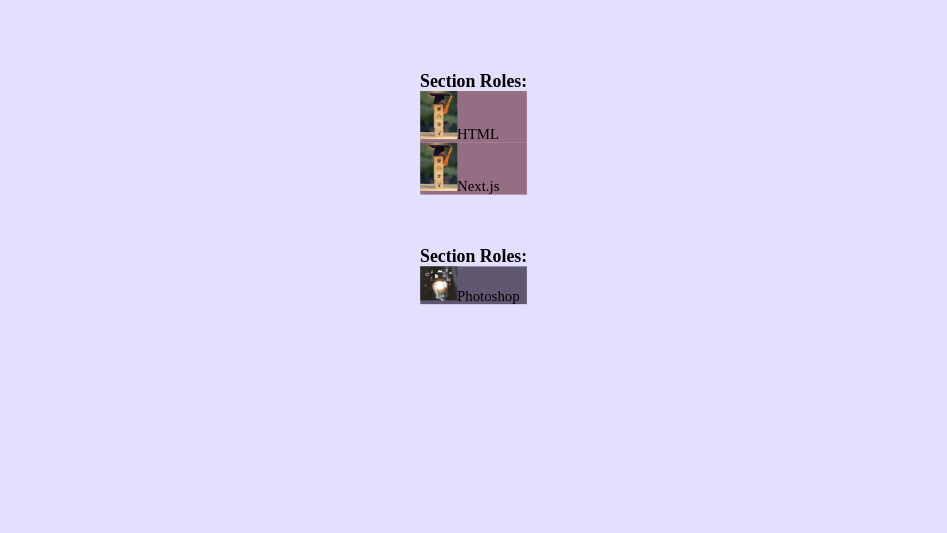
Repository: anikagrewal/week3example
Page: /about
The author's editor kept a copy of each file at every save. The page is drawn from the files as they stood at one save, then again after the next save.
The browser window is 1280 px wide. The pictures show the whole page, at 74% of full size.
The project was rebuilt for these pictures with package versions that can differ from the ones it lists, and the page was loaded fresh each time. The framework's server and built-in components were replaced by stand-ins that run in the browser. Also part of the build but not shown: next.config.js.

Above is the page before, as saved 2023-01-23 09:41:16.

### pages/about.js
import Head from 'next/head'
import Image from 'next/image'
import { Inter } from '@next/font/google'
import styles from '@/styles/About.module.css'
import data from '../data/workplace.json'
import { useState } from 'react'
import CardEmployee from '../components/CardEmployee'

const inter = Inter({ subsets: ['latin'] })

console.log(data);
export default function About() {

    const [information, setInformation] = useState([...data])

    return (
        <>
        <Head>
        <title>About Page</title>
        <meta name="description" content="Generated by create next app" />
        <meta name="viewport" content="width=device-width, initial-scale=1" />
        <link rel="icon" href="/favicon.ico" />
      </Head>
      <main className={styles.main}>



        <div className={styles.grid}>
        <div className={styles.gridlayout}>
        <div>
        <h2 className={styles.busdeg}>Section Roles: </h2>
        {information && information.map((info, index) => {
          if(info.section === "frontend developer") {
            return (
              <div key={index}>
                <CardEmployee role={info.role} colour="#946E83" font="20px"/>
              </div>
            )
          }


        })}
        </div>

        <div>
        <h2 className={styles.busdeg}>Section Roles: </h2>
        {information && information.map((info, index) => {
          if(info.section === "graphic designer") {
            return (
              <div key={index}>
                <CardEmployee role={info.role} colour="#605770" font="20px"/>
              </div>
            )
          }


})}
</div>

<Image
className={styles.scrollone}
/>
<Image
className={styles.scrolltwo}
/>
</div>
</div>
</main>
</>
    )
}

### styles/globals.css
:root {
  --max-width: 1100px;
  --border-radius: 12px;
  --font-mono: ui-monospace, Menlo, Monaco, 'Cascadia Mono', 'Segoe UI Mono',
    'Roboto Mono', 'Oxygen Mono', 'Ubuntu Monospace', 'Source Code Pro',
    'Fira Mono', 'Droid Sans Mono', 'Courier New', monospace;

  --foreground-rgb: #E3DFFF;
  --background-start-rgb: #E3DFFF;
  --background-end-rgb: #E3DFFF;
  --background-body-color: #E3DFFF;

  --primary-glow: conic-gradient(
    from 180deg at 50% 50%,
    #16abff33 0deg,
    #0885ff33 55deg,
    #54d6ff33 120deg,
    #0071ff33 160deg,
    transparent 360deg
  );
  --secondary-glow: radial-gradient(
    rgba(#E3DFFF, 1),
    rgba(#E3DFFF, 0)
  );

  --tile-start-rgb: 239, 245, 249;
  --tile-end-rgb: 228, 232, 233;
  --tile-border: conic-gradient(
    #00000080,
    #00000040,
    #00000030,
    #00000020,
    #00000010,
    #00000010,
    #00000080
  );

  --callout-rgb: #E3DFFF;
  --callout-border-rgb: 172, 175, 176;
  --card-rgb: 180, 185, 188;
  --card-border-rgb: 131, 134, 135;
}

@media (prefers-color-scheme: dark) {
  :root {
    --foreground-rgb: #E3DFFF;
    --background-start-rgb: 0, 0, 0;
    --background-end-rgb: 0, 0, 0;

    --primary-glow: radial-gradient(rgba(1, 65, 255, 0.4), rgba(1, 65, 255, 0));
    --secondary-glow: linear-gradient(
      to bottom right,
      rgba(1, 65, 255, 0),
      rgba(1, 65, 255, 0),
      rgba(1, 65, 255, 0.3)
    );

    --tile-start-rgb: 2, 13, 46;
    --tile-end-rgb: 2, 5, 19;
    --tile-border: conic-gradient(
      #ffffff80,
      #ffffff40,
      #ffffff30,
      #ffffff20,
      #ffffff10,
      #ffffff10,
      #ffffff80
    );

    --callout-rgb: 20, 20, 20;
    --callout-border-rgb: 108, 108, 108;
    --card-rgb: 100, 100, 100;
    --card-border-rgb: 200, 200, 200;
  }
}

* {
  box-sizing: border-box;
  padding: 0;
  margin: 0;
}

html,
body {
  max-width: 100vw;
  overflow-x: hidden;
}

body {
  color: rgb(var(--foreground-rgb));
  background: linear-gradient(
      to bottom,
      transparent,
      rgb(var(--background-end-rgb))
    )
    rgb(var(--background-start-rgb));
}

a {
  color: inherit;
  text-decoration: none;
}

@media (prefers-color-scheme: dark) {
  html {
    color-scheme: light;
  }
}

### styles/About.module.css
.main {
    display: flex;
    flex-direction: column;
    justify-content: space-between;
    align-items: center;
    padding: 6rem;
    min-height: 100vh;
    background-color: var(--background-body-color);
  }

  .description {
    display: inherit;
    justify-content: inherit;
    align-items: inherit;
    font-size: 0.85rem;
    max-width: var(--max-width);
    width: 100%;
    z-index: 2;
    font-family: var(--font-mono);
  }

  .description a {
    display: flex;
    justify-content: center;
    align-items: center;
    gap: 0.5rem;
  }

  .description p {
    position: relative;
    margin: 0;
    padding: 1rem;
    background-color: rgba(var(--callout-rgb), 0.5);
    border: 1px solid rgba(var(--callout-border-rgb), 0.3);
    border-radius: var(--border-radius);
  }

  .code {
    font-weight: 700;
    font-family: var(--font-mono);
  }

  .grid {
    display: grid;
    grid-template-columns: (4, minmax(25%, auto));
    width: var(--max-width);
    max-width: 100%;
    justify-content: center;
  }

  .gridlayout {
    display: flex;
    flex-direction: column;
   gap: 70px;
  }

  .card {
    padding: 1rem 1.2rem;
    border-radius: var(--border-radius);
    background: rgba(var(--card-rgb), 0);
    border: 1px solid rgba(var(--card-border-rgb), 0);
    transition: background 200ms, border 200ms;
  }

  .card span {
    display: inline-block;
    transition: transform 200ms;
  }

  .card h2 {
    font-weight: 600;
    margin-bottom: 0.7rem;
  }

  .card p {
    margin: 0;
    opacity: 0.6;
    font-size: 0.9rem;
    line-height: 1.5;
    max-width: 30ch;
  }





  .busdeg {
    display: flex;
    justify-content: center;
  }

  .compdeg {
    display: flex;
    justify-content: center;
  }

  .button {
    width: 150px;
    height: 50px;
    border-radius: 5px;
    font-size: 20px;
  }


  /* Conic Gradient Animation */
  .thirteen::before {
    animation: 6s rotate linear infinite;
    width: 200%;
    height: 200%;
    background: var(--tile-border);
  }

  /* Inner Square */
  .thirteen::after {
    inset: 0;
    padding: 1px;
    border-radius: var(--border-radius);
    background: linear-gradient(
      to bottom right,
      rgba(var(--tile-start-rgb), 1),
      rgba(var(--tile-end-rgb), 1)
    );
    background-clip: content-box;
  }

  /* Enable hover only on non-touch devices */
  @media (hover: hover) and (pointer: fine) {
    .card:hover {
      background: rgba(var(--card-rgb), 0.1);
      border: 1px solid rgba(var(--card-border-rgb), 0.15);
    }

    .card:hover span {
      transform: translateX(4px);
    }
  }

  @media (prefers-reduced-motion) {
    .thirteen::before {
      animation: none;
    }

    .card:hover span {
      transform: none;
    }
  }

  /* Mobile */
  @media (max-width: 700px) {
    .content {
      padding: 4rem;
    }

    .grid {
      grid-template-columns: 1fr;
      margin-bottom: 120px;
      max-width: 320px;
      text-align: center;
    }

    .card {
      padding: 1rem 2.5rem;
    }

    .card h2 {
      margin-bottom: 0.5rem;
    }

    .center {
      padding: 8rem 0 6rem;
    }

    .center::before {
      transform: none;
      height: 300px;
    }

    .description {
      font-size: 0.8rem;
    }

    .description a {
      padding: 1rem;
    }

    .description p,
    .description div {
      display: flex;
      justify-content: center;
      position: fixed;
      width: 100%;
    }

    .description p {
      align-items: center;
      inset: 0 0 auto;
      padding: 2rem 1rem 1.4rem;
      border-radius: 0;
      border: none;
      border-bottom: 1px solid rgba(var(--callout-border-rgb), 0.25);
      background: linear-gradient(
        to bottom,
        rgba(var(--background-start-rgb), 1),
        rgba(var(--callout-rgb), 0.5)
      );
      background-clip: padding-box;
      backdrop-filter: blur(24px);
    }

    .description div {
      align-items: flex-end;
      pointer-events: none;
      inset: auto 0 0;
      padding: 2rem;
      height: 200px;
      background: linear-gradient(
        to bottom,
        transparent 0%,
        rgb(var(--background-end-rgb)) 40%
      );
      z-index: 1;
    }
  }

  /* Tablet and Smaller Desktop */
  @media (min-width: 701px) and (max-width: 1120px) {
    .grid {
      grid-template-columns: repeat(2, 50%);
    }
  }

  @media (prefers-color-scheme: dark) {
    .vercelLogo {
      filter: invert(1);
    }

    .logo,
    .thirteen img {
      filter: invert(1) drop-shadow(0 0 0.3rem #ffffff70);
    }
  }

  @keyframes rotate {
    from {
      transform: rotate(360deg);
    }
    to {
      transform: rotate(0deg);
    }
  }

### data/workplace.json
[
    {
    "employeeNumber": "E2345",
    "firstName": "Joe",
    "role": "HTML",
    "position": "Junior",
    "section": "frontend developer",
    "startDate": 2021
},
{
    "employeeNumber": "E6789",
    "firstName": "Alice",
    "role": "Next.js",
    "position": "Junior",
    "section": "frontend developer",
    "startDate": 2020
},
{
    "employeeNumber": "E1011",
    "firstName": "Jane",
    "role": "Photoshop",
    "position": "Junior",
    "section": "graphic designer",
    "startDate": 2022
}
]

### components/CardEmployee/index.js
export default function CardEmployee({
    role = "none",
    colour = "purple",
    font = "0",
    image = "icon/business.png"
}) {
    return(
        <div style={{backgroundColor: colour, fontSize:font}}>
            {
                colour === "#946E83" ? <img src={'icon/business.jpeg'} width="50"/> :
                colour === "#605770" ? <img src={'icon/computing.jpeg'} width="50"/>:
                                     <img src={image} width="50"/>
            }
            {role}
        </div>
    )
}

Loaded but not shown: pages/_app.js (common file); pages/_document.js (common file)

After the next save:
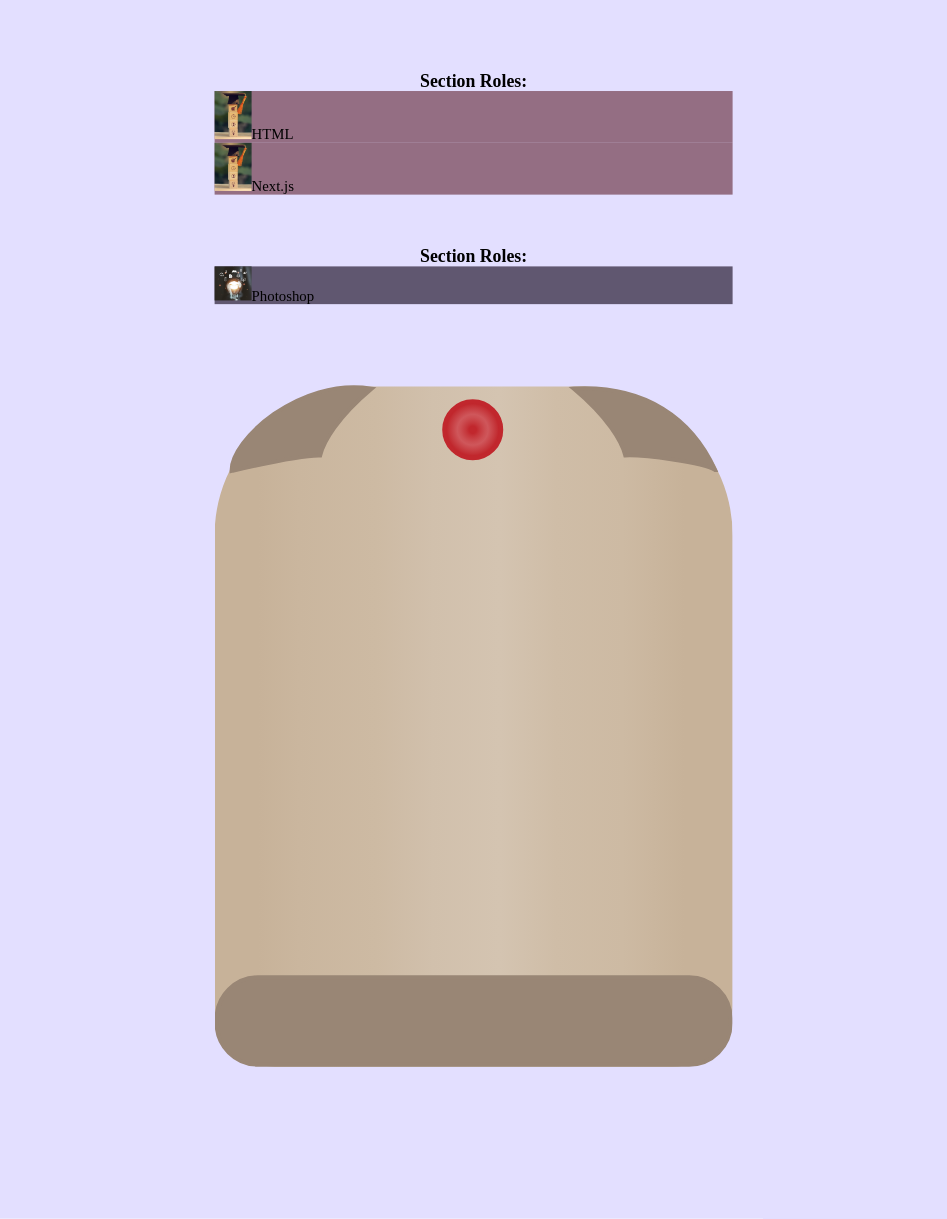
Saved 27 min 59 s later.
--- a/pages/about.js
+++ b/pages/about.js
@@ -59,6 +59,9 @@
 
 <Image
 className={styles.scrollone}
+width={700}
+height={1000}
+src={'vector/mentor.svg'}
 />
 <Image
 className={styles.scrolltwo}
